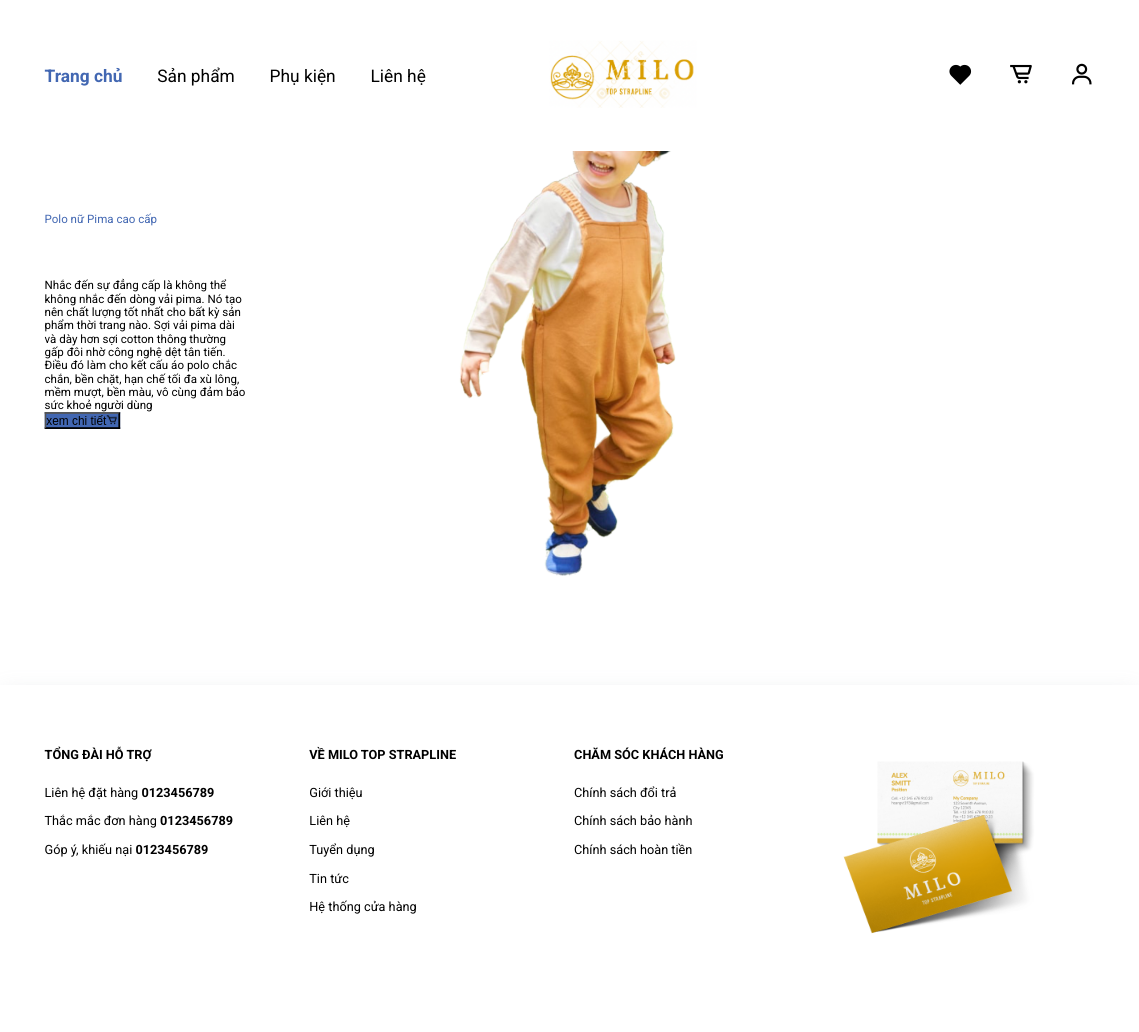
Repository: QuyHoang99k/shop
Page: /
An editor plug-in stored every save of this project. The page is shown before and after the next save, followed by the edit.
The browser window is 1280 px wide. The pictures show the whole page, at 89% of full size.
The project was rebuilt for these pictures with package versions that can differ from the ones it lists, and the page was loaded fresh each time. Also part of the build but not shown: src/pages/Catalog.jsx, src/pages/Cart.jsx, src/pages/Product.jsx.

Above is the page before, as saved 2021-10-16 14:40:52.

### src/index.js
import React from 'react';
import ReactDOM from 'react-dom';
import reportWebVitals from './reportWebVitals';

import './assets/boxicons-2.0.7/css/boxicons.min.css'
import './sass/index.scss'


import Layout from './components/Layout'


ReactDOM.render(
  <React.StrictMode>
   <Layout/>
  </React.StrictMode>,
  document.getElementById('root')
);

// If you want to start measuring performance in your app, pass a function
// to log results (for example: reportWebVitals(console.log))
// or send to an analytics endpoint. Learn more: https://bit.ly/CRA-vitals
reportWebVitals();

### src/sass/index.scss
@import "./_variables.scss";
@import "./mixins";
@import "./_base.scss";

@import "./components/header";
@import "./components/footer";
@import "./components/hero-slider";

### src/components/Layout.jsx
import React from 'react'

import { BrowserRouter, Route } from 'react-router-dom'

import Header from './Header'
import Footer from './Footer'

import Routes from '../routes/Routes'

const Layout = () => {
    return (
        <BrowserRouter>
            <Route render={props => (
                <div>
                    <Header {...props}/>
                    <div className="container">
                        <div className="main">
                            <Routes/>
                        </div>
                    </div>
                    <Footer/>
                </div>
            )}/>
        </BrowserRouter>
    )
}

export default Layout

### src/sass/_variables.scss
$main-bg: #fff;
$main-color: #4267b2;

$txt-main-color: #000;
$txt-second-color:#8d8d8d;
$txt-white:#fff;

$btn-main-bg: $main-color;
$btn-main-color:#fff;

$header-height:170px;
$header-tablet-height:70px;
$header-mobile-height:40px;
$header-shrink-height:70px;

$box-shadow: rgba(149,157,165,0.2) 0px 8px 24px;

$colors:(
  "blue":#4267b2,
  "orange":#fbb96b,
  "pink":#fe7e73,
  "white":#fff,
  "black":#000,
  "main":$main-color

);
$mobile-width: 600px;
$tablet-width:1024px;

$numbers: (0,1,2,3,4,5,6,7,8);

### src/sass/_mixins.scss
@mixin flex ($align-item, $justify-content) {
    display: flex;
    align-items: $align-item;
    justify-content: $justify-content;
}
@mixin mobile {
    @media only screen and (max-width: $mobile-width){
        @content;
    }
}
@mixin tablet {
    @media only screen and (max-width: $tablet-width){
        @content;
    }
}

### src/sass/_base.scss
@import url("https://fonts.googleapis.com/css2?family=M+PLUS+Rounded+1c:wght@100;300;400;500;700;800;900&family=Roboto:ital,wght@0,100;0,300;0,400;0,500;0,700;0,900;1,100;1,300;1,400;1,500;1,700;1,900&display=swap");

@import url("https://fonts.googleapis.com/css2?family=M+PLUS+Rounded+1c:wght@100;300;400;500;700;800;900&family=Roboto:ital,wght@0,100;0,300;0,400;0,500;0,700;0,900;1,100;1,300;1,400;1,500;1,700;1,900&display=swap");

* {
    padding: 0;
    margin: 0;
    box-sizing: border-box;
    -webkit-tap-highlight-color: transparent;
    user-select: none;
}

html {
    font-size: 13px;
}

body {
    font-family: "Roboto", sans-serif;
}

ul {
    list-style-type: none;
}

a {
    text-decoration: none;
    color: unset;
}

a:hover {
    color: $main-color;
}

img {
    max-width: 100%;
}

@each $color, $val in $colors {
    .color-#{$color} {
        color: $val;
    }

    .bg-#{$color} {
        background-color: $val;
    }
}

@each $val in $numbers {
    .grid-col-#{$val} {
        grid-template-columns: repeat($val, 1fr);
    }
}

@each $val in $numbers {
    .grid-col-md-#{$val} {
        @include tablet {
            grid-template-columns: repeat($val, 1fr);
        }
    }
}

@each $val in $numbers {
    .grid-col-sm-#{$val} {
        @include mobile {
            grid-template-columns: repeat($val, 1fr);
        }
    }
}

.container {
    width: 100%;
    max-width: 1620px;
    padding: 0 50px;
    margin: auto;

    @include tablet {
        padding: 0 20px;
    }

    @include mobile {
        padding: 0 10px;
    }
}

.main {
    margin-top: $header-height;
    margin-bottom: 2rem;
    min-height: 100vh;

    @include tablet {
        margin-top: calc(#{$header-tablet-height} + 20px);
    }

    @include mobile {
        margin-top: calc(#{$header-mobile-height} + 10px);
    }
}

.grid {
    display: grid;
}

### src/sass/components/_header.scss
.header {
    background-color: $main-bg;
    position: fixed;
    top: 0;
    left: 0;
    width: 100%;
    z-index: 99;
    height: $header-height;
    transition: height 0.3s ease;

    @include tablet {
        height: $header-tablet-height;
        box-shadow: $box-shadow;
    }

    @include mobile {
        height: $header-mobile-height;
    }

    .container {
        height: 100%;
    }

    &.shrink {
        height: $header-shrink-height;
        box-shadow: $box-shadow;
        z-index: 100;

        @include mobile {
            height: $header-mobile-height;
        }
    }

    &__logo {
        @include flex(center, center);
        position: absolute;
        inset: 0;
        pointer-events: none;

        img {
            height: 75px;
            margin-left: 120px;
            @include tablet{
                height: 50px;
            };
            @include mobile{
                height: 38px;
            }

        }
    }

    &__menu {
        @include flex(center, space-between);
        height: 100%;
        font-size: 1.5rem;

        &__item ~ &__item {
            margin-left: 39px;

            @include tablet {
                margin-left: 20px;
            }

            @include mobile {
                margin-left: 10px;
            }
        }

        &__item.active {
            font-weight: 600;
            color: $main-color;
        }

        &__item:hover {
            color: $main-color;
        }

        &__left,
        &__right {
            @include flex(center, center);
            height: 100%;
        }

        &__right {
            font-size: 2.25rem;

            &__item {
                @include flex(center, center);

                @include tablet {
                    margin-left: 10px;
                }
            }

            @include mobile {
                font-size: 1.5rem;
            }
        }

        &__left {
            &__close {
                display: none;
            }

            @include tablet {
                flex-direction: column;
                background-color: $main-bg;
                position: absolute;
                left: 0;
                top: 0;
                width: 100%;
                height: 100vh;
                justify-content: flex-start;
                padding-top: 30px;
                transform: translateX(-100%);
                transition: transform 0.5s ease;

                &.active {
                    transform: translateX(0);
                }

                &__item ~ &__item {
                    margin-left: unset;
                    margin-top: 20px;
                }

                &__close {
                    display: block;
                    position: absolute;
                    left: 20px;
                    font-size: 2.5rem;
                }
            }
        }

        &__mobile-toggle {
            display: none;

            @include tablet {
                display: block;
                font-size: 2.5rem;
            }
        }
    }
}

### src/sass/components/_footer.scss
.footer{
    padding: 70px 0;
    box-shadow: $box-shadow;
    font-size: 1.1rem;
    &__logo{
        height: 220px;
        width: 220px;
    }

    &__about{
        p{
            margin-bottom: 2rem;
        }
    }
    &__title{
        text-transform: uppercase;
        margin-bottom: 2rem;
        font-weight: 600;
    }
    &__content {
        p {
            margin-bottom: 1.25rem;
        }
    }
}

### src/sass/components/_hero-slider.scss
.hero-slider {
    height: 100vh;
    max-height: 1080px;
    overflow: hidden;
    position: relative;
    margin-bottom: 50px;
    margin-top: calc(#{$header-height} * -1);
    @include tablet {
        margin-top: calc(#{$header-tablet-height} * -1);
    }
    @include mobile {
        margin-top: calc(#{$header-mobile-height} * -1);
    }
    &__item{
        @include flex(center,space-between);

        opacity: 0;
        visibility: hidden;
        pointer-events: none;
        position: absolute;
        inset: 0;
        &.active{
            opacity: 1;
            visibility: visible;
            pointer-events: visible;
        }
        &__info{
            width: 58.33%;
            &__title{
                margin-bottom: 60px;

                @include tablet{
                    margin-bottom: 15px;
                }
            }
        }
    }
}

### src/components/Header.jsx
import React, { useRef, useEffect } from 'react'
import { Link, useLocation } from 'react-router-dom'

import logo from '../assets/images/Logo-2.png'

const mainNav = [
    {
        display: "Trang chủ",
        path: "/"
    },
    {
        display: "Sản phẩm",
        path: "/catalog"
    },
    {
        display: "Phụ kiện",
        path: "/accessories"
    },
    {
        display: "Liên hệ",
        path: "/contact"
    }
]

const Header = () => {

    const { pathname } = useLocation()
    const activeNav = mainNav.findIndex(e => e.path === pathname)

    const headerRef = useRef(null)

    useEffect(() => {
        window.addEventListener("scroll", () => {
            if (document.body.scrollTop > 80 || document.documentElement.scrollTop > 80) {
                headerRef.current.classList.add('shrink')
            } else {
                headerRef.current.classList.remove('shrink')
            }
        })
        return () => {
            window.removeEventListener("scroll")
        };
    }, []);

    const menuLeft = useRef(null)

    const menuToggle = () => menuLeft.current.classList.toggle('active')

    return (
        <div className="header" ref={headerRef}>
            <div className="container">
                <div className="header__logo">
                    <Link to="/">
                        <img src={logo} alt="" />
                    </Link>
                </div>
                <div className="header__menu">
                    <div className="header__menu__mobile-toggle" onClick={menuToggle}>
                        <i className='bx bx-menu-alt-left'></i>
                    </div>
                    <div className="header__menu__left" ref={menuLeft}>
                        <div className="header__menu__left__close" onClick={menuToggle}>
                            <i className='bx bx-chevron-left'></i>
                        </div>
                        {
                            mainNav.map((item, index) => (
                                <div
                                    key={index}
                                    className={`header__menu__item header__menu__left__item ${index === activeNav ? 'active' : ''}`}
                                    onClick={menuToggle}
                                >
                                    <Link to={item.path}>
                                        <span>{item.display}</span>
                                    </Link>
                                </div>
                            ))
                        }
                    </div>
                    <div className="header__menu__right">
                        <div className="header__menu__item header__menu__right__item">
                        <i className='bx bxs-heart'></i>
                        </div>
                        <div className="header__menu__item header__menu__right__item">
                            <Link to="/cart">
                            <i class='bx bx-cart-alt'></i>
                            </Link>
                        </div>
                        <div className="header__menu__item header__menu__right__item">
                            <i className="bx bx-user"></i>
                        </div>
                    </div>
                </div>
            </div>
        </div>
    )
}

export default Header

### src/components/Footer.jsx
import React from 'react'

import { Link } from 'react-router-dom'

import Grid from './Grid'

import logo from '../assets/images/logo-footer.png'

const footerAboutLinks = [
    {
        display: "Giới thiệu",
        path: "/about"
    },
    {
        display: "Liên hệ",
        path: "/about"
    },
    {
        display: "Tuyển dụng",
        path: "/about"
    },
    {
        display: "Tin tức",
        path: "/about"
    },
    {
        display: "Hệ thống cửa hàng",
        path: "/about"
    }
]

const footerCustomerLinks = [
    {
        display: "Chính sách đổi trả",
        path: "/about"
    },
    {
        display: "Chính sách bảo hành",
        path: "/about"
    },
    {
        display: "Chính sách hoàn tiền",
        path: "/about"
    }
]
const Footer = () => {
    return (
        <footer className="footer">
            <div className="container">
                <Grid
                    col={4}
                    mdCol={2}
                    smCol={1}
                    gap={10}
                >
                    <div>
                        <div className="footer__title">
                            Tổng đài hỗ trợ
                        </div>
                        <div className="footer__content">
                            <p>
                                Liên hệ đặt hàng <strong>0123456789</strong>
                            </p>
                            <p>
                                Thắc mắc đơn hàng <strong>0123456789</strong>
                            </p>
                            <p>
                                Góp ý, khiếu nại <strong>0123456789</strong>
                            </p>
                        </div>
                    </div>
                    <div>
                        <div className="footer__title">
                            Về Milo Top strapline
                        </div>
                        <div className="footer__content">
                            {
                                footerAboutLinks.map((item, index) => (
                                    <p key={index}>
                                        <Link to={item.path}>
                                            {item.display}
                                        </Link>
                                    </p>
                                ))
                            }
                        </div>
                    </div>
                    <div>
                        <div className="footer__title">
                            Chăm sóc khách hàng
                        </div>
                        <div className="footer__content">
                            {
                                footerCustomerLinks.map((item, index) => (
                                    <p key={index}>
                                        <Link to={item.path}>
                                            {item.display}
                                        </Link>
                                    </p>
                                ))
                            }
                        </div>
                    </div>
                    <div className="footer__about">
                        <p>
                            <Link to="/">
                                <img src={logo} className="footer__logo" alt="" />
                            </Link>
                        </p>

                    </div>
                </Grid>
            </div>
        </footer>
    )
}

export default Footer

### src/routes/Routes.jsx
/* eslint-disable no-unused-vars */
import React from 'react'
import { Route,Switch } from 'react-router'

import Home from '../pages/Home'
import Catalog from '../pages/Catalog'
import Cart from '../pages/Cart'
import Product from '../pages/Product'



const Routes = () => {
  return (
    <Switch>
      <Route path='/' exact component ={Home}/>
      <Route path='/catalog/:slug' exact component ={Product}/>
      <Route path='/catalog' exact component ={Catalog}/>
      <Route path='/cart' exact component ={Cart}/>
    </Switch>
  )
}

export default Routes

### src/components/Grid.jsx
import React from 'react'
import PropTypes from 'prop-types'

const Grid = props => {

    const style = {
        gap: props.gap ? `${props.gap}px` : '0'
    }

    const col = props.col ? `grid-col-${props.col}` : ''
    const mdCol = props.mdCol ? `grid-col-md-${props.mdCol}` : ''
    const smCol = props.smCol ? `grid-col-sm-${props.smCol}` : ''

    return (
        <div className={`grid ${col} ${mdCol} ${smCol}`} style={style}>
            {props.children}
        </div>
    )
}


Grid.propTypes = {
    col: PropTypes.number.isRequired,
    mdCol: PropTypes.number,
    smCol: PropTypes.number,
    gap: PropTypes.number
}

export default Grid

### src/pages/Home.jsx
import React from 'react'
import Helmet from '../components/Helmet'
import HeroSlider from '../components/HeroSlider'
import heroSliderData from '../assets/fake-data/hero-slider'

const Home = () => {
  return (
    <Helmet title="Trang chủ">
      {/* slider */}
        <HeroSlider data={heroSliderData}/>
      {/* end slider */}
    </Helmet>
  )
}

export default Home

### src/components/Helmet.jsx
import React from 'react'
import PropTypes from 'prop-types'

const Helmet = props => {

    document.title = 'Milo - ' + props.title
    return (
        <div>
            {props.children}
        </div>
    )
}

Helmet.propTypes = {
    title:PropTypes.string.isRequired
}

export default Helmet

### src/components/HeroSlider.jsx
import React, { useEffect, useState, useCallback } from 'react'
import PropTypes from 'prop-types'
import { Link } from 'react-router-dom'

import Button from './Button'

const HeroSlider = props => {

    const data = props.data

    const timeOut = props.timeOut ? props.timeOut : 3000

    const [activeSlide, setActiveSlide] = useState(0);

    const nextSlide = useCallback(
        () => {
            const index = activeSlide + 1 === data.length ? 0 : activeSlide + 1
            setActiveSlide(index)
        },
        [activeSlide, data],
    )

    const prevSlide = () => {
        const index = activeSlide - 1 < 0 ? data.length - 1 : activeSlide - 1
        setActiveSlide(index)
    }

    useEffect(() => {
        if (props.auto) {
            const slideAuto = setInterval(() => {
                nextSlide()
            }, timeOut);
            return () => {
                clearInterval(slideAuto)
            }
        }
    }, [nextSlide, timeOut, props])

    return (
        <div className="hero-slider">
            {
                data.map((item, index) => (
                    <HeroSliderItem key={index} item={item} active={index === activeSlide}/>
                ))
            }
            {
                props.control ? (
                    <div className="hero-slider__control">
                        <div className="hero-slider__control__item" onClick={prevSlide}>
                            <i className="bx bx-chevron-left"></i>
                        </div>
                        <div className="hero-slider__control__item">
                            <div className="index">
                                {activeSlide + 1}/{data.length}
                            </div>
                        </div>
                        <div className="hero-slider__control__item" onClick={nextSlide}>
                            <i className="bx bx-chevron-right"></i>
                        </div>
                    </div>
                ) : null
            }
        </div>
    )
}

HeroSlider.propTypes = {
    data: PropTypes.array.isRequired,
    control: PropTypes.bool,
    auto: PropTypes.bool,
    timeOut: PropTypes.number
}

const HeroSliderItem = props => (
    <div className={`hero-slider__item ${props.active ? 'active' : ''}`}>
        <div className="hero-slider__item__info">
            <div className={`hero-slider__item__info__title color-${props.item.color}`}>
                <span>{props.item.title}</span>
            </div>
            <div className="hero-slider__item__info__description">
                <span>{props.item.description}</span>
            </div>
            <div className="hero-slider__item__info__btn">
                <Link to={props.item.path}>
                    <Button
                        backgroundColor={props.item.color}
                        icon="bx bx-cart"
                        animate={true}
                    >
                        xem chi tiết
                    </Button>
                </Link>
            </div>
        </div>
        <div className="hero-slider__item__image">
            <div className={`shape bg-${props.item.color}`}></div>
            <img src={props.item.img} alt="" />
        </div>
    </div>
)

export default HeroSlider

### src/components/Button.jsx
import React from 'react'
import PropTypes from 'prop-types'

const Button = props => {

    const bg = props.backgroundColor ? 'bg-' + props.backgroundColor : 'bg-main'

    const size = props.size ? 'btn-' + props.size : ''

    const animate = props.animate ? 'btn-animate' : ''

    return (
        <button
            className={`btn ${bg} ${size} ${animate}`}
            onClick={props.onClick ? () => props.onClick() : null}
        >
            <span className="btn__txt">{props.children}</span>
            {
                props.icon ? (
                    <span className="btn__icon">
                        <i className={`${props.icon} bx-tada`}></i>
                    </span>
                ) : null
            }
        </button>
    )
}

Button.propTypes = {
    backgroundColor: PropTypes.string,
    size: PropTypes.string,
    icon: PropTypes.string,
    animate: PropTypes.bool,
    onclick: PropTypes.func
}

export default Button

Loaded but not shown: public/index.html (common file); src/reportWebVitals.js (common file); src/assets/boxicons-2.0.7/css/boxicons.min.css (library); src/assets/fake-data/hero-slider.js (29 lines, source omitted)

After the next save:
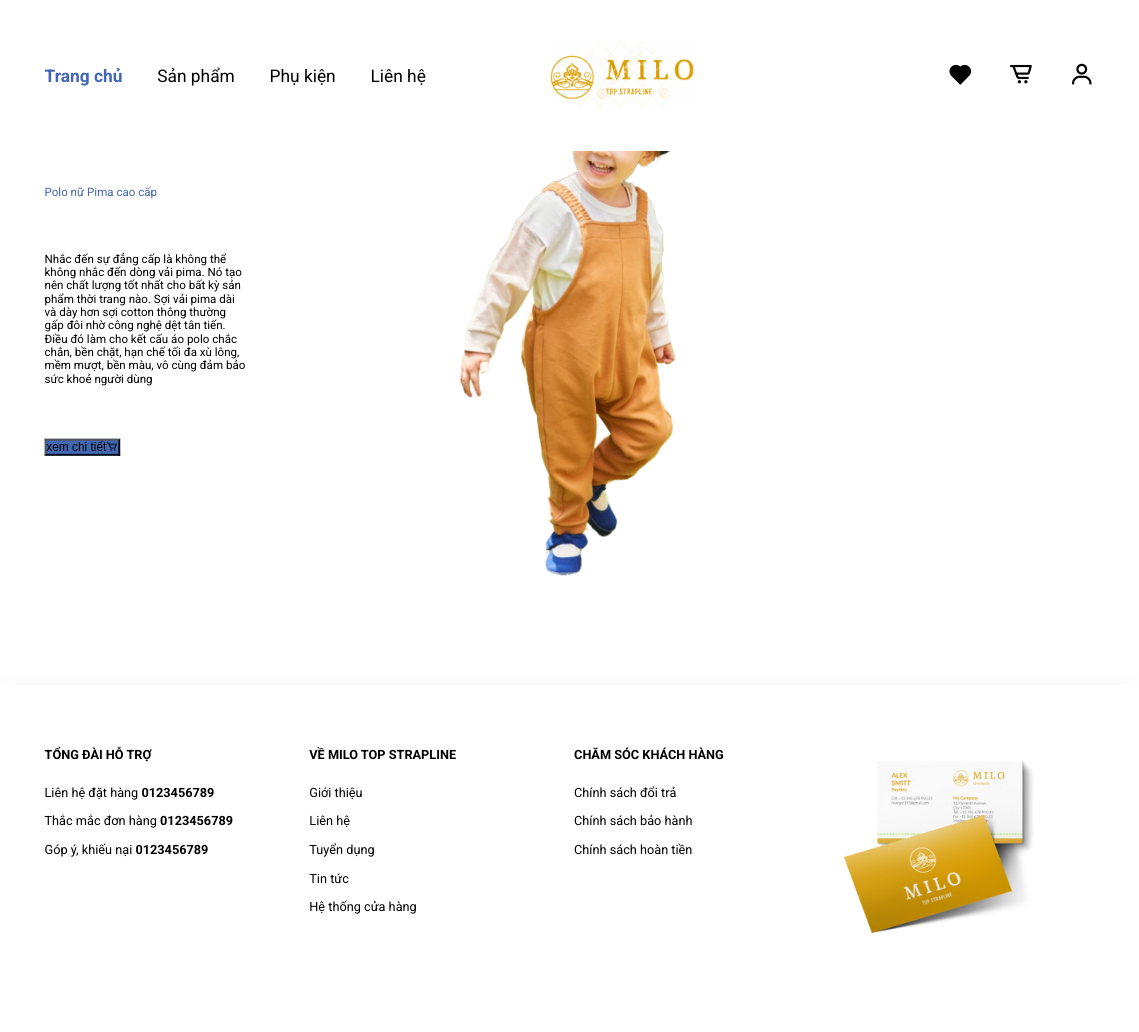
Saved 23 s later.
--- a/src/sass/components/_hero-slider.scss
+++ b/src/sass/components/_hero-slider.scss
@@ -26,7 +26,8 @@
         }
         &__info{
             width: 58.33%;
-            &__title{
+            &__title,
+            &__description{
                 margin-bottom: 60px;
 
                 @include tablet{
